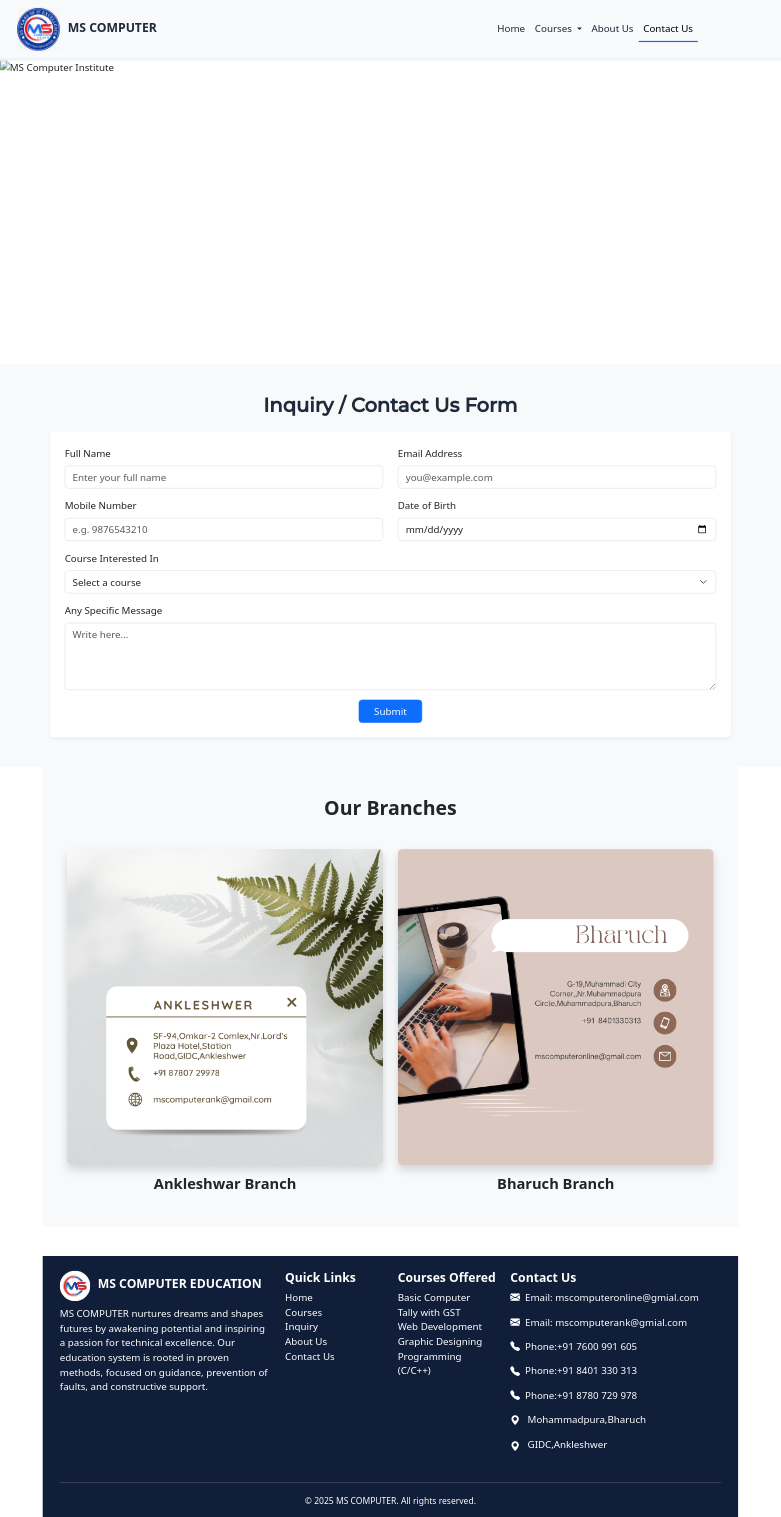
Repository: mscomputer2025/mscomputer
Page: http://localhost/contactus
The author's editor kept a copy of each file at every save. The page is drawn from the files as they stood at one save, then again after the next save.
The browser window is 1280 px wide. The pictures show the whole page, at 61% of full size.
Some web fonts or font styles are not loaded; a fallback is used. The page is served by the project's Laravel application, run on PHP 8.4 with Laravel 12. Other server files are loaded and not shown. Queries for data that is not in the repository find no rows.

Above is the page before, as saved 2025-07-02 20:57:45.

### app/Providers/AppServiceProvider.php
<?php

namespace App\Providers;

use Illuminate\Support\ServiceProvider;
use App\Models\Courses;
use Illuminate\Support\Facades\View;

class AppServiceProvider extends ServiceProvider
{

    public function register(): void
    {
        //
    }

    public function boot()
{
    View::composer('*', function ($view) {
        $view->with('allCourses', Courses::all());
    });
}
}

### app/Providers/ViewServiceProvider.php
<?php

namespace App\Providers;

use Illuminate\Support\ServiceProvider;
use Illuminate\Support\Facades\View;
use Illuminate\View\Compilers\BladeCompiler;
use Illuminate\Support\Facades\Validator;
use App\Models\Courses;

class ViewServiceProvider extends ServiceProvider
{

    public function register(): void
    {
        //
    }


    public function boot()
    {
        View::composer('*', function ($view) {
            $courses = Courses::all();
            $view->with('courses', $courses);
        });
    }
}

### routes/web.php
<?php

use Illuminate\Support\Facades\Route;

Route::get('/', function () {
    return view('homepage');
});
Route::get('/contactus', function () {
    return view('contactus');
});

### app/Models/Courses.php
<?php

namespace App\Models;

use Illuminate\Database\Eloquent\Model;

class Courses extends Model
{
    protected $fillable = [
        'course_id', 'course_title', 'course_image', 'course_duration',
        'course_description', 'course_curriculum', 'course_rating', 'course_reviews'
    ];

    protected $casts = [
        'course_curriculum' => 'array',
    ];
}

### resources/views/contactus.blade.php
@extends('master.master')

@section('title', 'Contact Us')

@section('content')

    <div class="contact-banner position-relative">
        <img src="{{ asset('images/contact.png') }}" alt="MS Computer Institute" class="w-100 h-100 object-fit-cover">
    </div>

    <section class="py-5 bg-light">
        <div class="container">
            <h2 class="fw-bold text-center mb-4">Inquiry / Contact Us Form</h2>

            <form class="bg-white p-4 rounded shadow-sm">
                <div class="row mb-3">
                    <div class="col-md-6 mb-3 mb-md-0">
                        <label for="name" class="form-label">Full Name</label>
                        <input type="text" class="form-control" id="name" placeholder="Enter your full name">
                    </div>
                    <div class="col-md-6">
                        <label for="email" class="form-label">Email Address</label>
                        <input type="email" class="form-control" id="email" placeholder="you@example.com">
                    </div>
                </div>

                <div class="row mb-3">
                    <div class="col-md-6 mb-3 mb-md-0">
                        <label for="phone" class="form-label">Mobile Number</label>
                        <input type="tel" class="form-control" id="phone" placeholder="e.g. 9876543210">
                    </div>
                    <div class="col-md-6">
                        <label for="dob" class="form-label">Date of Birth</label>
                        <input type="date" class="form-control" id="dob">
                    </div>
                </div>

                <div class="mb-3">
                    <label for="course" class="form-label">Course Interested In</label>
                    <select class="form-select" id="course">
                        <option selected disabled>Select a course</option>
                        <option>Basic Computer Course</option>
                        <option>Financial Accounting</option>
                        <option>DTP</option>
                        <option>Microsoft Office</option>
                        <option>Web Development</option>
                        <option>Graphic Design</option>
                    </select>
                </div>

                <div class="mb-3">
                    <label for="message" class="form-label">Any Specific Message</label>
                    <textarea class="form-control" id="message" rows="4" placeholder="Write here..."></textarea>
                </div>

                <div class="text-center">
                    <button type="submit" class="btn btn-primary px-4">Submit</button>
                </div>
            </form>
        </div>
    </section>
   <div class="container py-5 bg-light">
    <h2 class="fw-bold text-center mb-5">Our Branches</h2>
    <div class="row justify-content-center g-4 mx-3">
        <!-- Ankleshwar Branch -->
        <div class="col-md-6 text-center">
            <img src="{{ asset('images/ankleshwer_branch.png') }}" alt="Ankleshwar Branch"
                class="img-fluid rounded-3 shadow" >
            <h4 class="fw-semibold mt-3">Ankleshwar Branch</h4>
        </div>

        <!-- Bharuch Branch -->
        <div class="col-md-6 text-center">
            <img src="{{ asset('images/bharuch_branch.png') }}" alt="Bharuch Branch"
                class="img-fluid rounded-3 shadow" >
            <h4 class="fw-semibold mt-3">Bharuch Branch</h4>
        </div>
    </div>
</div>

@endsection

### resources/views/master/master.blade.php
<!DOCTYPE html>
<html lang="en">
<head>
    <meta charset="UTF-8">
    <meta name="viewport" content="width=device-width, initial-scale=1.0">
    <link rel="stylesheet" href="{{ asset('css/master.css') }}">
    <link href="https://fonts.googleapis.com/css2?family=Poppins&display=swap" rel="stylesheet">
    <link href="https://fonts.googleapis.com/css2?family=Orbitron:wght@600&family=Montserrat:wght@500&display=swap" rel="stylesheet">
    <link rel="stylesheet" href="https://cdn.jsdelivr.net/npm/bootstrap-icons@1.10.5/font/bootstrap-icons.css">
    <link href="https://cdn.jsdelivr.net/npm/bootstrap@5.3.7/dist/css/bootstrap.min.css" rel="stylesheet">
    <title>MS COMPUTER - @yield('title')</title>
</head>
<body>

    @include('master.header')

    <main>
        @yield('content')
    </main>

    @include('master.footer')

    <script src="https://cdn.jsdelivr.net/npm/bootstrap@5.3.7/dist/js/bootstrap.bundle.min.js"></script>
</body>
</html>

### resources/views/master/header.blade.php
<nav class="navbar navbar-expand-lg navbar-light shadow-sm">
    <div class="container mx-3">
        <a class="navbar-brand" href="#">
            <img src="{{ asset('logo.jpeg') }}" alt="Institute Logo" width="70" height="100" class="img-fluid">
            <span class="ms-2 fw-bold">MS COMPUTER</span>
        </a>
        <button class="navbar-toggler" type="button" data-bs-toggle="collapse" data-bs-target="#navbarContent"
            aria-controls="navbarContent" aria-expanded="false" aria-label="Toggle navigation">
            <span class="navbar-toggler-icon"></span>
        </button>

        <div class="collapse navbar-collapse justify-content-end" id="navbarContent">
            <ul class="navbar-nav mb-2 mb-lg-0">

                <li class="nav-item">
                    <a class="nav-link {{ request()->is('/') ? 'active' : '' }}" href="{{ url('/') }}">Home</a>
                </li>

                <li class="nav-item dropdown">
                    <a class="nav-link dropdown-toggle {{ request()->is('courses*') ? 'active' : '' }}" href="#" id="coursesDropdown"
                        role="button" data-bs-toggle="dropdown" aria-expanded="false">
                        Courses
                    </a>
                    <ul class="dropdown-menu" aria-labelledby="coursesDropdown">
                        <li><a class="dropdown-item" href="#">Basic Computer</a></li>
                        <li><a class="dropdown-item" href="#">Tally GST</a></li>
                        <li><a class="dropdown-item" href="#">Web Development</a></li>
                        <li><a class="dropdown-item" href="#">Graphic Design</a></li>
                    </ul>
                </li>

                <li class="nav-item">
                    <a class="nav-link {{ request()->is('about') ? 'active' : '' }}" href="{{ url('/about') }}">About Us</a>
                </li>

                <li class="nav-item">
                    <a class="nav-link {{ request()->is('contactus') ? 'active' : '' }}" href="{{ url('/contactus') }}">Contact Us</a>
                </li>

            </ul>
        </div>
    </div>
</nav>

### resources/views/master/footer.blade.php
<footer class="container text-white pt-4 pb-3 mt-5 footer-bg">
    <div class="mx-3">
        <div class="row">
            <!-- Institute Info -->
            <div class="col-md-4 mb-3">
                <a class="navbar-brand" href="#">
                    <img src="{{ asset('footerlogo.jpg') }}" alt="Institute Logo" width="50" height="70"
                        class="img-fluid rounded-circle me-2">
                </a>
                <span class="fw-bold h5">MS COMPUTER EDUCATION</span>
                <p class="mt-2">
                    MS COMPUTER nurtures dreams and shapes futures by awakening potential and inspiring a passion for
                    technical excellence. Our education system is rooted in proven methods, focused on guidance,
                    prevention of faults, and constructive support.
                </p>
            </div>

            <!-- Quick Links -->
            <div class="col-md-2 mb-3">
                <h5 class="fw-bold">Quick Links</h5>
                <ul class="list-unstyled">
                    <li><a href="#" class="text-white text-decoration-none">Home</a></li>
                    <li><a href="#" class="text-white text-decoration-none">Courses</a></li>
                    <li><a href="#" class="text-white text-decoration-none">Inquiry</a></li>
                    <li><a href="#" class="text-white text-decoration-none">About Us</a></li>
                    <li><a href="#" class="text-white text-decoration-none">Contact Us</a></li>
                </ul>
            </div>

            <!-- Courses Offered -->
            <div class="col-md-2 mb-3">
                <h5 class="fw-bold">Courses Offered</h5>
                <ul class="list-unstyled">
                    <li><a href="#" class="text-white text-decoration-none">Basic Computer</a></li>
                    <li><a href="#" class="text-white text-decoration-none">Tally with GST</a></li>
                    <li><a href="#" class="text-white text-decoration-none">Web Development</a></li>
                    <li><a href="#" class="text-white text-decoration-none">Graphic Designing</a></li>
                    <li><a href="#" class="text-white text-decoration-none">Programming (C/C++)</a></li>
                </ul>
            </div>

            <!-- Contact Info -->
            <div class="col-md-4 mb-3">
                <h5 class="fw-bold">Contact Us</h5>
                <p><i class="bi bi-envelope-fill me-2"></i>Email: mscomputeronline@gmial.com</p>
                <p><i class="bi bi-envelope-fill me-2"></i>Email: mscomputerank@gmial.com</p>
                <p><i class="bi bi-telephone-fill me-2"></i>Phone:+91 7600 991 605 </p>
                <p><i class="bi bi-telephone-fill me-2"></i>Phone:+91 8401 330 313</p>
                <p><i class="bi bi-telephone-fill me-2"></i>Phone:+91 8780 729 978</p>
                <p><i class="bi bi-geo-alt-fill me-2 align-middle"></i> Mohammadpura,Bharuch</p>
                <p><i class="bi bi-geo-alt-fill me-2 align-middle"></i> GIDC,Ankleshwer</p>
            </div>
        </div>

        <hr class="bg-secondary">
        <div class="text-center">
            <small>&copy; {{ date('Y') }} MS COMPUTER. All rights reserved.</small>
        </div>
    </div>
</footer>

### public/css/master.css
:root {
  --primary-light: #F8FAFC;
  --accent-blue: #2563EB;
  --nav-text: #1F2937;
  --footer-bg: #101e39;
  --footer-text: #bde6e0;
  --footer-link-hover: #2563EB;
}

.navbar {
  background-color: var(--primary-light);
  border-bottom: 1px solid #e2e8f0;
  /* font-family: 'Orbitron', sans-serif;  */
}

.navbar .navbar-brand span {
  color: var(--nav-text);
  font-weight: 700;
}

.navbar .nav-link {
  color: var(--nav-text);
  font-weight: 500;
}

.navbar .nav-link.active,
.navbar .nav-link:hover {
  color: var(--accent-blue);
  border-bottom: 2px solid var(--accent-blue);
}

/* Dropdown Styling */
.navbar .dropdown-menu {
  background-color: var(--primary-light);
  border: 1px solid #e2e8f0;
  box-shadow: 0 6px 12px rgba(0, 0, 0, 0.1);
}

.navbar .dropdown-item {
  color: var(--nav-text);
}

.navbar .dropdown-item:hover {
  background-color: var(--accent-blue);
  color: white;
}

footer.footer-bg {
  background-color: var(--footer-bg);
  color: var(--footer-text);
}

footer.footer-bg span h5 {
  color: var(--footer-text);
}

footer.footer-bg a {
  color: var(--footer-text);
  text-decoration: none;
}

footer.footer-bg a:hover {
  color: var(--footer-link-hover);
  text-decoration: underline;
}

footer.footer-bg hr {
  border-top: 1px solid #cbd5e1;
}

.hero {
  width: 100%;
  height: 100vh;
    background-image: url('../images/herosection.jpeg');
  background-position: center center;
  background-size: cover;
  background-repeat: no-repeat;
  position: relative;
  display: flex;
  align-items: center;
  justify-content: center;
  text-align: center;
  color: white;
  overflow: hidden;
  /* font-family: 'Orbitron', sans-serif; */
  padding: 0 15px;
}

.hero::before {
  content: "";
  position: absolute;
  inset: 0;
  background-color: rgba(0, 0, 0, 0.4);
  z-index: 1;
}
.hero>div {
  position: relative;
  z-index: 2;
  text-shadow: 0 2px 8px rgba(0, 0, 0, 0.8);
  max-width: 800px;
  margin: auto;
}
@media (max-width: 768px) {
  .hero h1 {
    font-size: 2rem;
  }

  .hero p {
    font-size: 1rem;
  }
}
@media (max-width: 480px) {
  .hero {
    height: 80vh;
    padding: 20px;
  }
  .hero h1 {
    font-size: 1.5rem;
  }

  .hero p {
    font-size: 0.95rem;
  }
}
.course-box {
  transition: transform 0.3s ease,
}
.course-box:hover {
  transform: translateY(-5px);
  box-shadow: 0 10px 20px rgba(12, 12, 12, 0.1);
}
.heading-styled {
  font-family: 'Orbitron', sans-serif;
  font-size: 2rem;
  letter-spacing: 1px;
  color: #1f2937;
  position: relative;
}
@media (max-width: 576px) {
  .heading-styled {
    font-size: 1.5rem;
  }
}
.heading-styled::after {
  content: "";
  width: 60%;
  height: 3px;
  position: absolute;
  bottom: -10px;
  left: 0;
  border-radius: 2px;
}
section .fw-bold {
  font-family: 'Montserrat', sans-serif;
  color: #1e293b;
}

section p {
  font-size: 1.05rem;
  line-height: 1.7;
  color: #334155;
}
.about-image {
  max-height: 500px;
  object-fit: cover;
  width: 70%;
}

@media (max-width: 768px) {
  .about-image {
    width: 100%;
  }
}
.cert-logo {

  object-fit: contain;
  transition: transform 0.3s ease;
}

.cert-logo:hover {
  transform: scale(1.1);
}

.typewriter {
  overflow: hidden;
  border-right: 2px solid #000;
  white-space: nowrap;
  margin: 0 auto;
  animation: typing 3s steps(40, end), blink 0.75s step-end infinite;
  width: fit-content;
}

@keyframes typing {
  from { width: 0 }
  to { width: 100% }
}
@keyframes blink {
  50% { border-color: transparent }
}
.contact-banner {
  height: 500px;
  overflow: hidden;
}

@media (max-width: 768px) {
  .contact-banner {
    height: 250px;
  }
}

.object-fit-cover {
  object-fit: cover;
}

After the next save:
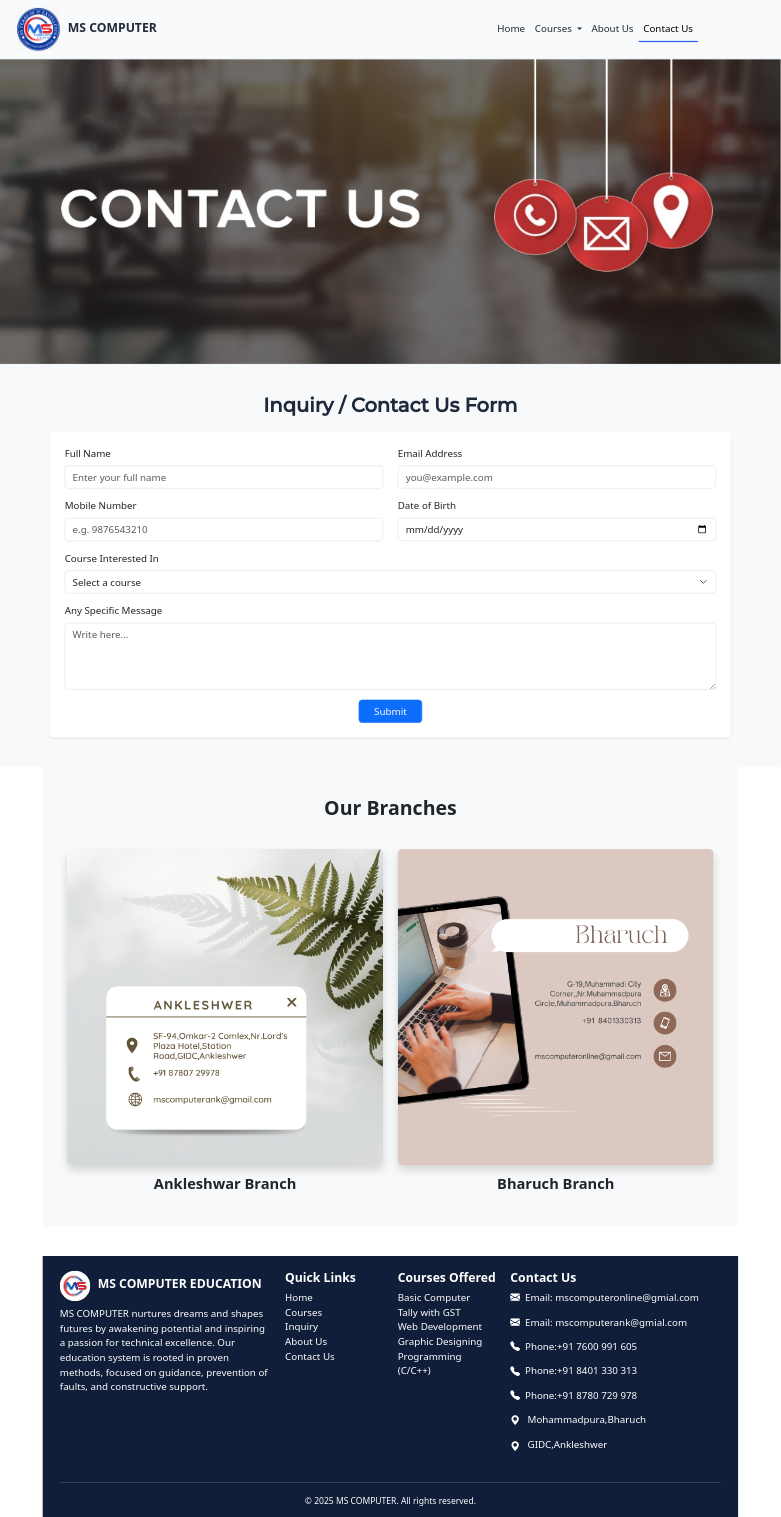
Saved 5 s later.
--- a/resources/views/contactus.blade.php
+++ b/resources/views/contactus.blade.php
@@ -5,7 +5,7 @@
 @section('content')
 
     <div class="contact-banner position-relative">
-        <img src="{{ asset('images/contact.png') }}" alt="MS Computer Institute" class="w-100 h-100 object-fit-cover">
+        <img src="{{ asset('images/contact-banner.jpg') }}" alt="MS Computer Institute" class="w-100 h-100 object-fit-cover">
     </div>
 
     <section class="py-5 bg-light">
